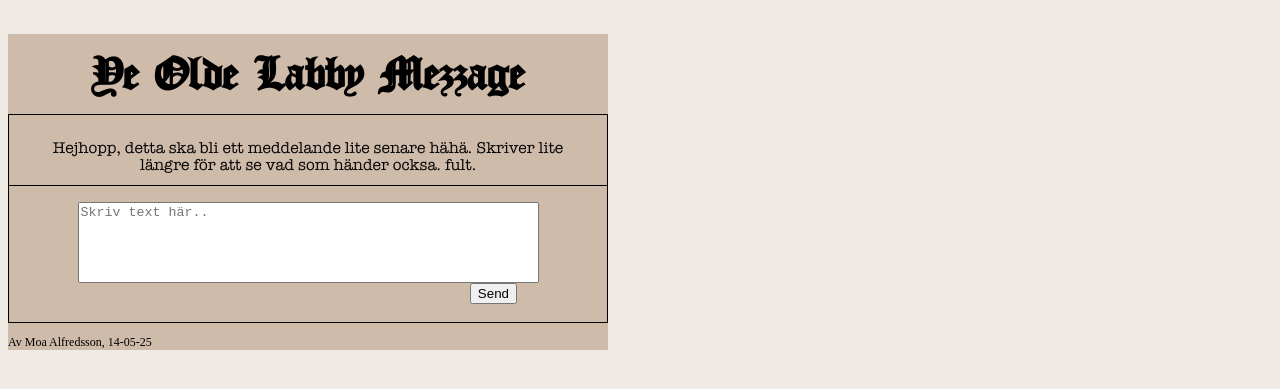
Repository: ma223md/1dv403-laborationer
Page: 2-labbymezzage/index.html
The author's editor kept a record of every edit. The page is drawn from the files as they stood at one moment, then again after the next edit.
The browser window is 1280 px wide. The pictures show the whole page.

Above is the page before.

### 2-labbymezzage/index.html
<!DOCTYPE html>
<html>
    <head>
        <meta charset="UTF-8" />
        <link rel="stylesheet" href="labbymezzagestyle.css" />
        <script src="js/message.js"></script>
        <script src="js/message_run.js"></script>
        <title>Labby Mezzage</title>
    </head>

    <body>
        <div id="container">
            <header>
                <h1>Ye Olde Labby Mezzage</h1>
            </header>

            <main>
                <div id="messageboard">
                    <p>Hejhopp, detta ska bli ett meddelande lite senare hähä. Skriver lite längre för att se vad som händer ocksa. fult.</p>
                </div>
                <div id="textarea"></div>
                <div id="textinput">
                    <textarea id="messagetext" rows="5" cols="55" placeholder="Skriv text här.. "></textarea>
                    <input id="sendbutton" value="Send" type="submit"/>
                </div><br>
            </main>

            <footer>
                <p>Av Moa Alfredsson, 14-05-25</p>
            </footer>
        </div>
    </body>
</html>

### 2-labbymezzage/labbymezzagestyle.css
@font-face {
    font-family: headline;
    src: url(../2-labbymezzage/fonts/OldLondon.ttf);
}

@font-face {
    font-family: article;
    src: url(fonts/linowrite.ttf);
}

body
{
    background-color: #efebe4;
}

header h1 {
    text-align: center;
    padding-top: 15px;
}

#container {
    width: 600px;
    background-color: #cfbbaa;
}

main {
    border-style: solid;
    border-width: 1px;
}

main p {
    font-family: article;
    text-align: center;
    padding-top: 10px;
    padding-bottom: 10px;
    padding-left: 20px;
    padding-right: 20px;
    border-bottom: solid;
    border-width: 1px;
}

h1 {
    font-family: headline;
    font-size: 50px;
}

textarea {
    resize: none;
    display: block;
    margin-left: auto;
    margin-right: auto;
}

input {
    display: block;
    margin-left: auto;
    margin-right: 90px;
}

footer {
    font-size: 12px;
}

### 2-labbymezzage/js/message.js
"use strict";

function Message(message, date) {

    this.getText = function(){
        return message;
    }

    this.setText = function(_text) {
        message = _text;
    }

    this.getDate = function(){
        return date;
    }

    this.setDate = function(_date) {
       date = _date
    }

    Message.prototype.toString = function() {
        return this.getText() + " (" + this.getDate() + ")"
    }

    Message.prototype.getHTMLText = function() {
        return this.getText();
    }

    Message.prototype.getDateText = function() {
        return this.getDate().toLocalTimeString();
    }
}

Loaded but not shown: 2-labbymezzage/js/message_run.js (no copy from this time; the picture is the same without it)

After the next edit:
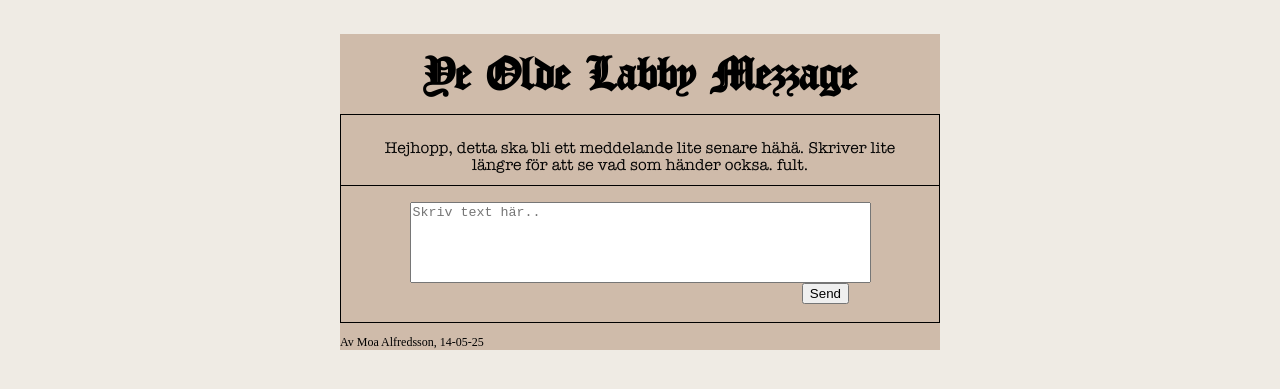
The edit:
--- a/2-labbymezzage/labbymezzagestyle.css
+++ b/2-labbymezzage/labbymezzagestyle.css
@@ -19,6 +19,9 @@
 }
 
 #container {
+    display: block;
+    margin-left: auto;
+    margin-right: auto;
     width: 600px;
     background-color: #cfbbaa;
 }
